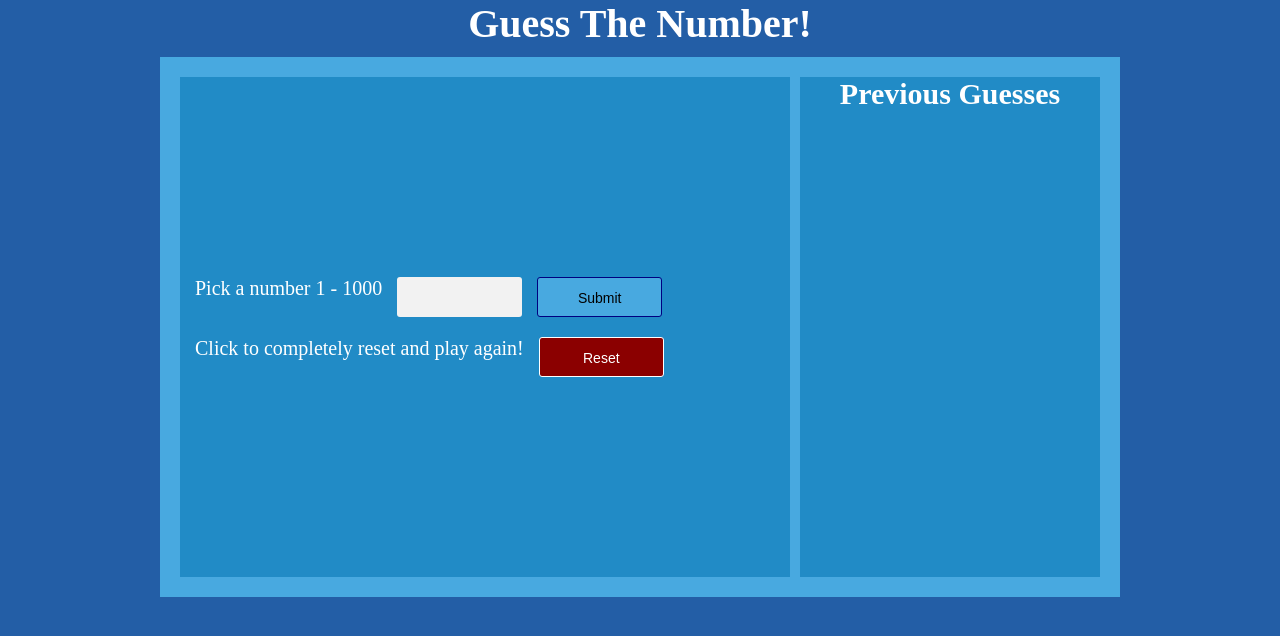
Repository: mlmEFSC21/P15-Modified-Guessing-Game
Page: guess.html
These files come from the project's save history. The page is drawn as it stood at one moment and after the next save; the edit follows.
The browser window is 1280 px wide. The pictures show the whole page.

Above is the page before, as saved 2022-03-21 20:53:10.

### guess.html
<!DOCTYPE html>
<html lang="en">
    <head>
        <meta charset="UTF-8" />
        <meta http-equiv="X-UA-Compatible" content="IE=edge" />
        <meta name="viewport" content="width=device-width, initial-scale=1.0" />
        <link rel="stylesheet" href="guess.css" />
        <script src="guess.js" defer></script>
        <title>Guessing Game</title>
    </head>
    <body>
        <header>
            <h1 class="pageTitle">Guess The Number!</h1>
        </header>
        <section>
            <div class="gameContainer" id="container">
                <div class="results" id="results">
                    <form action="#" class="inputForm">
                        <label for="guessInput">Pick a number 1 - 1000</label>
                        <input
                            type="text"
                            required
                            name="guessInput"
                            class="guessInput"
                            id="guessInput"
                        />
                        <input type="button" class="submitBtn" id="submitBtn" value="Submit" />
                        <label for="resetBtn">Click to completely reset and play again!</label>
                        <button type="reset" class="resetBtn" id="resetBtn" name="Reset">
                            Reset
                        </button>
                    </form>
                </div>
                <div class="guessesContainer" id="guessesContainer">
                    <h2>Previous Guesses</h2>
                    <ul class="guesses" id="guessList"></ul>
                </div>
            </div>
        </section>
    </body>
</html>

### guess.css
:root {
    --clr-primary: #218bc6;
    --clr-secondary: #48a9e0;
    --clr-tertiary: #235ea6;
}

*,
*::after,
*::before {
    box-sizing: border-box;
    margin: 0;
    padding: 0;
}
body {
    background-color: var(--clr-tertiary);
    color: white;
    font-size: 20px;
}
.pageTitle {
    text-align: center;
}
.gameContainer {
    background-color: var(--clr-secondary);
    display: grid;
    max-width: 960px;
    height: 75vh;
    margin: 10px auto;
    padding: 20px;
    grid-template-columns: repeat(3, 1fr);
    grid-template-rows: repeat(3, 1fr);
    gap: 10px;
    align-items: center;
    justify-content: center;
}
.results {
    background-color: var(--clr-primary);
    display: flex;
    flex-direction: column-reverse;
    margin: 10px auto;
    padding: 15px;
    grid-column: 1 / 3;
    grid-row: 1 / 4;
    height: 100%;
    justify-content: center;
    align-items: center;
    overflow: hidden;
}
input,
button {
    margin-block: 10px;
}
.inputForm {
    display: flex;
    flex-wrap: wrap;
}
label {
    margin-right: 15px;
    margin-block: 10px;
}
input {
    border: none;
    -webkit-appearance: none;
    -ms-appearance: none;
    -moz-appearance: none;
    appearance: none;
    background: #f2f2f2;
    padding: 12px;
    border-radius: 3px;
    width: 125px;
    height: 40px;
    outline: none;
    font-size: 14px;
}
button {
    border: solid 1px white;
    margin-bottom: 10px;
    padding: 12px;
    border-radius: 3px;
    width: 125px;
    height: 40px;
    outline: none;
    font-size: 14px;
}
.submitBtn {
    background: var(--clr-secondary);
    border: solid 0.5px navy;
    margin-left: 15px;
}
.submitBtn:hover {
    background: #44b3db;
}
.resetBtn {
    background: darkred;
    color: white;
}
.resetBtn:hover {
    background: red;
}
.guessesContainer {
    background-color: var(--clr-primary);
    display: flex;
    flex-direction: column;
    flex-grow: 2;
    height: 100%;
    grid-row: 1 / 4;
    align-items: center;
    overflow: hidden;
}
/* the h3 that is appended by the js. It was hugging the container too much. */
h3 {
    margin: 10px;
    text-align: center;
}

### guess.js
let randomNumber = Math.floor(Math.random() * 1000 + 1);
let guesses = [];

const guessInput = document.getElementById("guessInput");
const resultsDiv = document.getElementById("results");
const submitButton = document.getElementById("submitBtn");
const resetButton = document.getElementById("resetBtn");
const p = document.createElement("p");
const ul = document.getElementById("guessList");
const li = document.createElement("li");
const guessesContainer = document.getElementById("guessesContainer");
const h3 = document.createElement("h3");

//checks to see if the guess is higher, lower, or equal to
function checkGuess() {
    const currentGuess = Number(guessInput.value);
    if (currentGuess == randomNumber) {
        guesses.push(currentGuess);
        p.innerText = "Congratulations! You guessed the number!";
        resultsDiv.append(p);
        countGuesses();
    }
    if (currentGuess < randomNumber) {
        guesses.push(currentGuess);
        p.innerText = "Too low. Try again!";
        resultsDiv.append(p);
        trackGuesses();
    }
    if (currentGuess > randomNumber) {
        guesses.push(currentGuess);
        p.innerText = "Too high. Try again!";
        resultsDiv.append(p);
        trackGuesses();
    }
}
//tracks previous guess in a <ul>. Removes <li> and populates from guesses[] each time.
function trackGuesses() {
    while (ul.hasChildNodes()) {
        ul.removeChild(ul.firstChild);
    }
    for (i = 0; i <= guesses.length - 1; i++) {
        let li = document.createElement("li");
        li.innerText = guesses[i];
        ul.appendChild(li);
    }
}

//counts how many guesses. Uses array length.
function countGuesses() {
    let numOfGuesses = guesses.length;
    if (numOfGuesses < 10) {
        h3.innerText = `${numOfGuesses} guesses?! Either you know the secret or you got lucky!`;
    } else if (numOfGuesses == 10) {
        h3.innerText = `${numOfGuesses} guesses. Ahah! You know the secret!`;
    } else if (numOfGuesses > 10) {
        h3.innerText = `Yikes! ${numOfGuesses} guesses... You should be able to do better! *Hint* Knowing the trick is half the battle.`;
    }
    guessesContainer.append(h3);
}
// creates a new random number for replay
function newRNG() {
    randomNumber = Math.floor(Math.random() * 10 + 1);
}
//resets the game completely.
function resetGame() {
    p.innerText = "";
    resultsDiv.append(p);
    while (ul.hasChildNodes()) {
        ul.removeChild(ul.firstChild);
    }
    h3.remove();
    guesses = [];
    newRNG();
    //logging random number for debugging.
    console.log(randomNumber);
}

submitButton.addEventListener("click", checkGuess);
resetButton.addEventListener("click", resetGame);
//logging random number for debugging.
console.log(randomNumber);

After the next save:
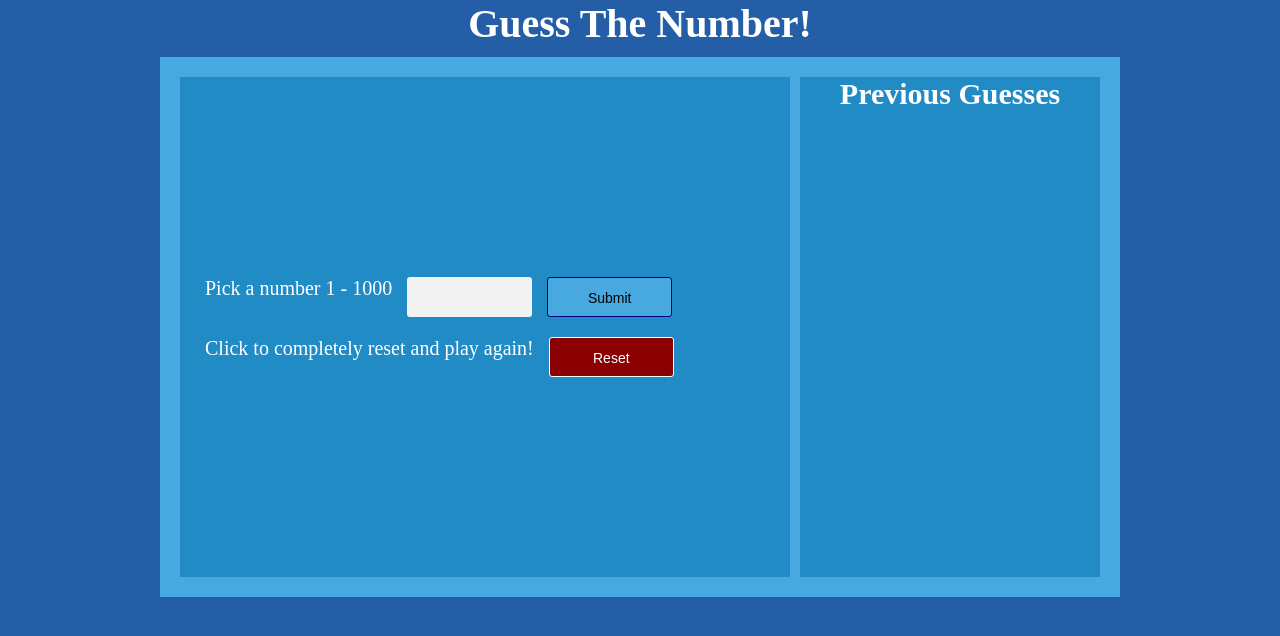
Saved 6 s later.
--- a/guess.css
+++ b/guess.css
@@ -37,7 +37,7 @@ body {
     display: flex;
     flex-direction: column-reverse;
     margin: 10px auto;
-    padding: 15px;
+    padding: 25px;
     grid-column: 1 / 3;
     grid-row: 1 / 4;
     height: 100%;
